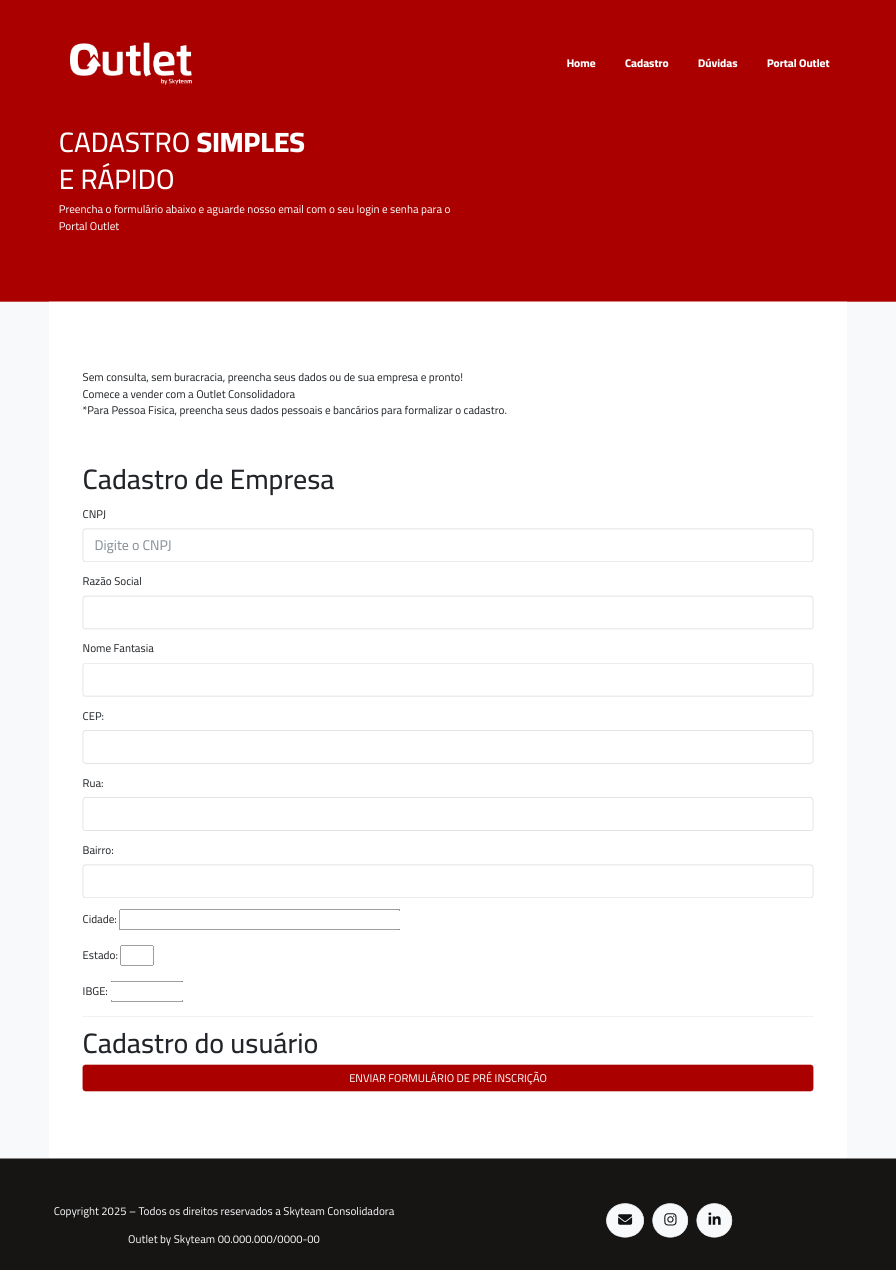
Repository: SkyTeam-Dev/Outlet_Site
Page: Site/Template_Page.html
An editor plug-in stored every save of this project. The page is shown before and after the next save, followed by the edit.
The browser window is 1280 px wide. The pictures show the whole page, at 70% of full size.
Some web libraries are served in a nearby version.

Above is the page before, as saved 2025-03-25 18:46:22.

After the next save:
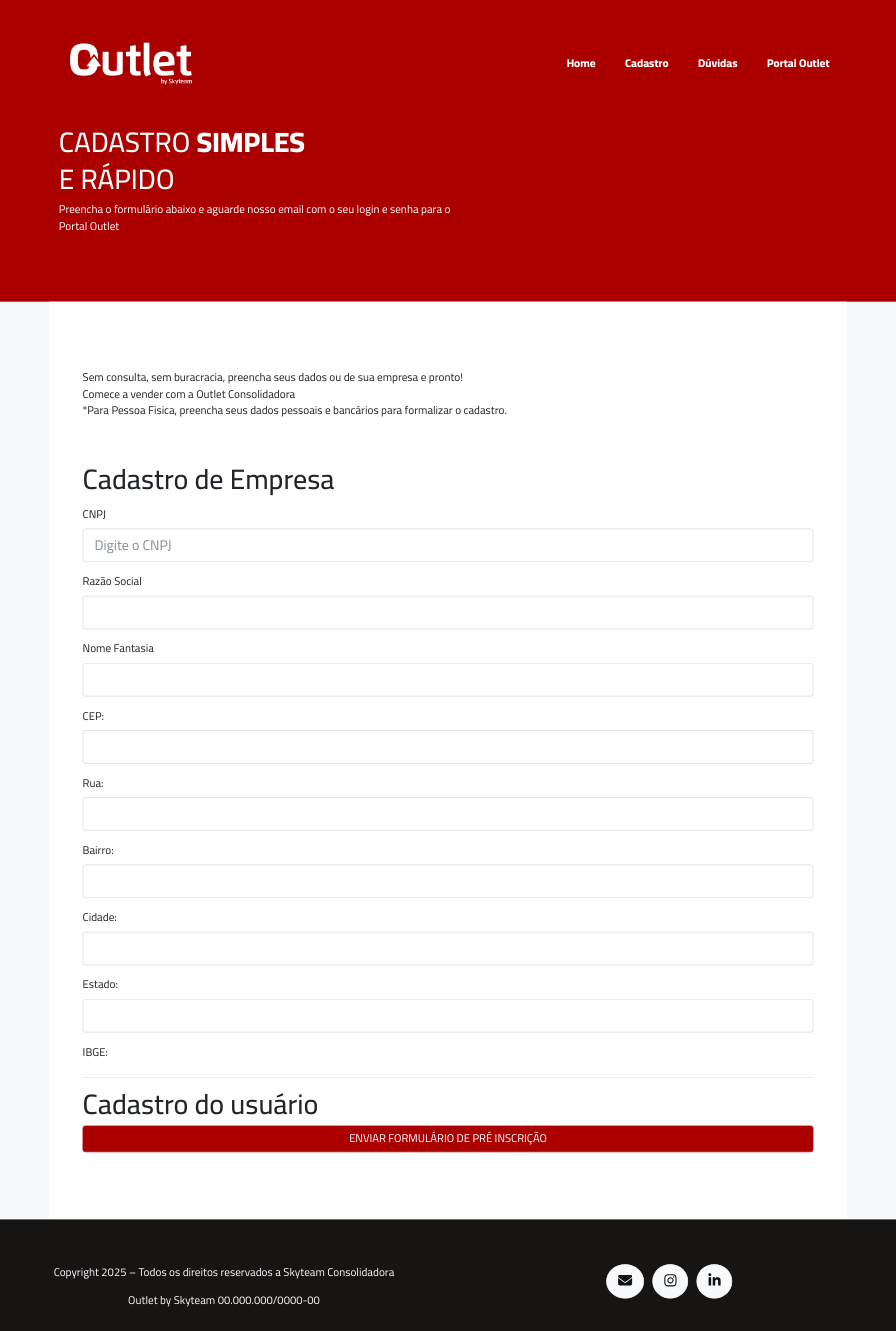
Saved 54 s later.
--- a/Site/Template_Page.html
+++ b/Site/Template_Page.html
@@ -282,30 +282,30 @@
 
                                 <div class="form-group">
                                     <label>CEP:</label>
-                                    <input name="cep" class="form-control form-control-lg" type="text" id="cep" value=""
+                                    <input type="text" nname="cep" class="form-control form-control-lg" type="text" id="cep" value=""
                                         size="10" maxlength="9" onblur="pesquisacep(this.value);" />
                                 </div>
                                 <div class="form-group">
                                     <label>Rua:</label>
-                                    <input name="rua" class="form-control form-control-lg" type="text" id="rua"
+                                    <input type="text" nname="rua" class="form-control form-control-lg" type="text" id="rua"
                                         size="60" />
                                 </div>
                                 <div class="form-group">
                                     <label>Bairro:</label>
-                                    <input name="bairro" class="form-control form-control-lg" type="text" id="bairro"
+                                    <input type="text" nname="bairro" class="form-control form-control-lg" type="text" id="bairro"
                                         size="40" />
                                 </div>
                                 <div class="form-group">
                                     <label>Cidade:</label>
-                                    <input name="cidade" type="text" id="cidade" size="40" />
+                                    <input type="text" name="cidade" class="form-control form-control-lg" type="text" id="cidade" size="40" />
                                 </div>
                                 <div class="form-group">
                                     <label>Estado:</label>
-                                    <input name="uf" type="text" id="uf" size="2" />
+                                    <input type="text" name="uf" class="form-control form-control-lg" type="text" id="uf" size="2" />
                                 </div>
                                 <div class="form-group">
                                     <label>IBGE:</label>
-                                    <input name="ibge" type="text" id="ibge" size="8" />
+                                    <input type="hidden" name="ibge" class="form-control form-control-lg" type="text" id="ibge" size="8" />
                                 </div>
                                 <hr />
                                 <h1>Cadastro do usuário</h1>
